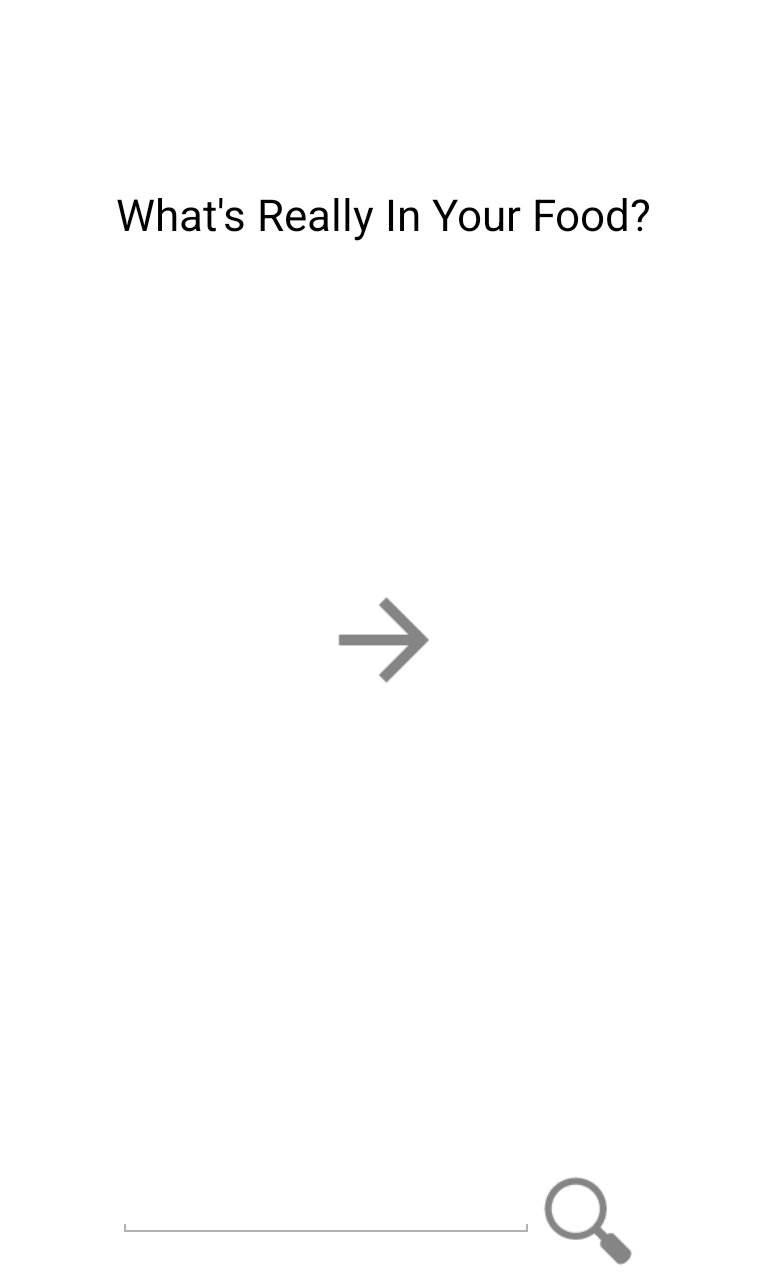
Repository: sehmon/workspace-eclipse
Layout: WhatAmIEating/res/layout/activity_scan.xml
An editor plug-in stored every save of this project. The layout is shown before and after the next save, followed by the edit.
It is drawn on a 768 x 1280 px phone screen (xhdpi) without system bars, with theme android:Theme.Holo.Light.NoActionBar.Fullscreen; the app's code is not run. The app's manifest (not shown) leaves right-to-left support off. So textAlignment, textDirection and layoutDirection are ignored, and left and right values win over start and end ones.

Above is the layout before, as saved 2014-04-13 10:58:32.

### WhatAmIEating/res/layout/activity_scan.xml
<RelativeLayout xmlns:android="http://schemas.android.com/apk/res/android"
    xmlns:tools="http://schemas.android.com/tools"
    android:id="@+id/container"
    android:layout_width="match_parent"
    android:layout_height="match_parent" >

    <TextView
        android:id="@+id/textView1"
        android:layout_width="wrap_content"
        android:layout_height="wrap_content"
        android:layout_alignParentTop="true"
        android:layout_centerHorizontal="true"
        android:layout_marginTop="92dp"
        android:text="What&apos;s Really In Your Food?"
        android:textAppearance="?android:attr/textAppearanceLarge" />

    <EditText
        android:id="@+id/editText1"
        android:layout_width="wrap_content"
        android:layout_height="wrap_content"
        android:layout_alignLeft="@+id/textView1"
        android:layout_alignParentBottom="true"
        android:layout_marginBottom="20dp"
        android:layout_toLeftOf="@+id/ImageButton01"
        android:ems="10" />

    <ImageButton
        android:id="@+id/imageButton1"
        android:layout_width="wrap_content"
        android:layout_height="wrap_content"
        android:layout_alignRight="@+id/textView1"
        android:layout_alignTop="@+id/editText1"
        android:background="#0000"
        android:src="@drawable/ic_action_search" />

    <ImageButton
        android:id="@+id/scanButton"
        android:layout_width="wrap_content"
        android:layout_height="wrap_content"
        android:layout_centerHorizontal="true"
        android:layout_centerVertical="true"
        android:background="#0000"
        android:src="@drawable/ic_action_forward" />

</RelativeLayout>

After the next save:
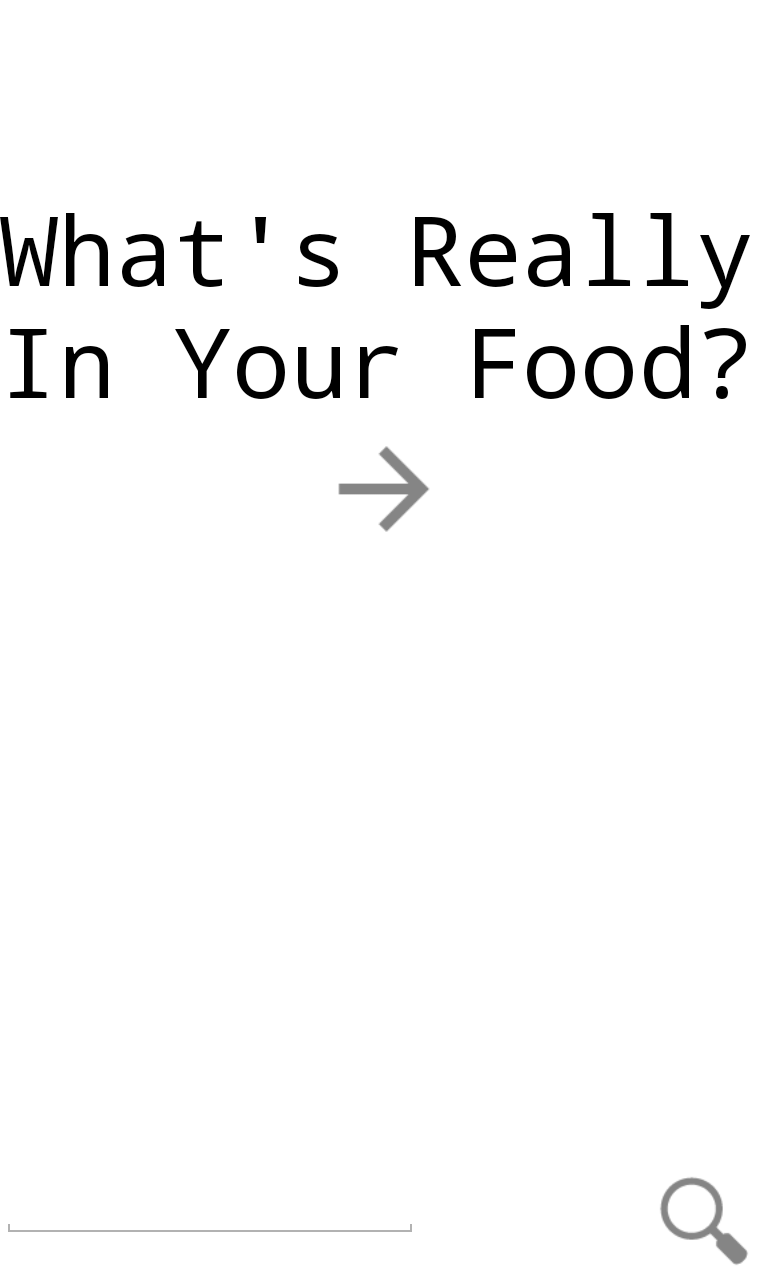
Saved 13 min 36 s later.
--- a/WhatAmIEating/res/layout/activity_scan.xml
+++ b/WhatAmIEating/res/layout/activity_scan.xml
@@ -12,7 +12,10 @@
         android:layout_centerHorizontal="true"
         android:layout_marginTop="92dp"
         android:text="What&apos;s Really In Your Food?"
-        android:textAppearance="?android:attr/textAppearanceLarge" />
+        android:textAppearance="?android:attr/textAppearanceLarge"
+        android:textSize="48sp"
+        android:typeface="monospace"
+        android:textAlignment="center" />
 
     <EditText
         android:id="@+id/editText1"
@@ -37,8 +40,8 @@
         android:id="@+id/scanButton"
         android:layout_width="wrap_content"
         android:layout_height="wrap_content"
+        android:layout_below="@+id/textView1"
         android:layout_centerHorizontal="true"
-        android:layout_centerVertical="true"
         android:background="#0000"
         android:src="@drawable/ic_action_forward" />
 
